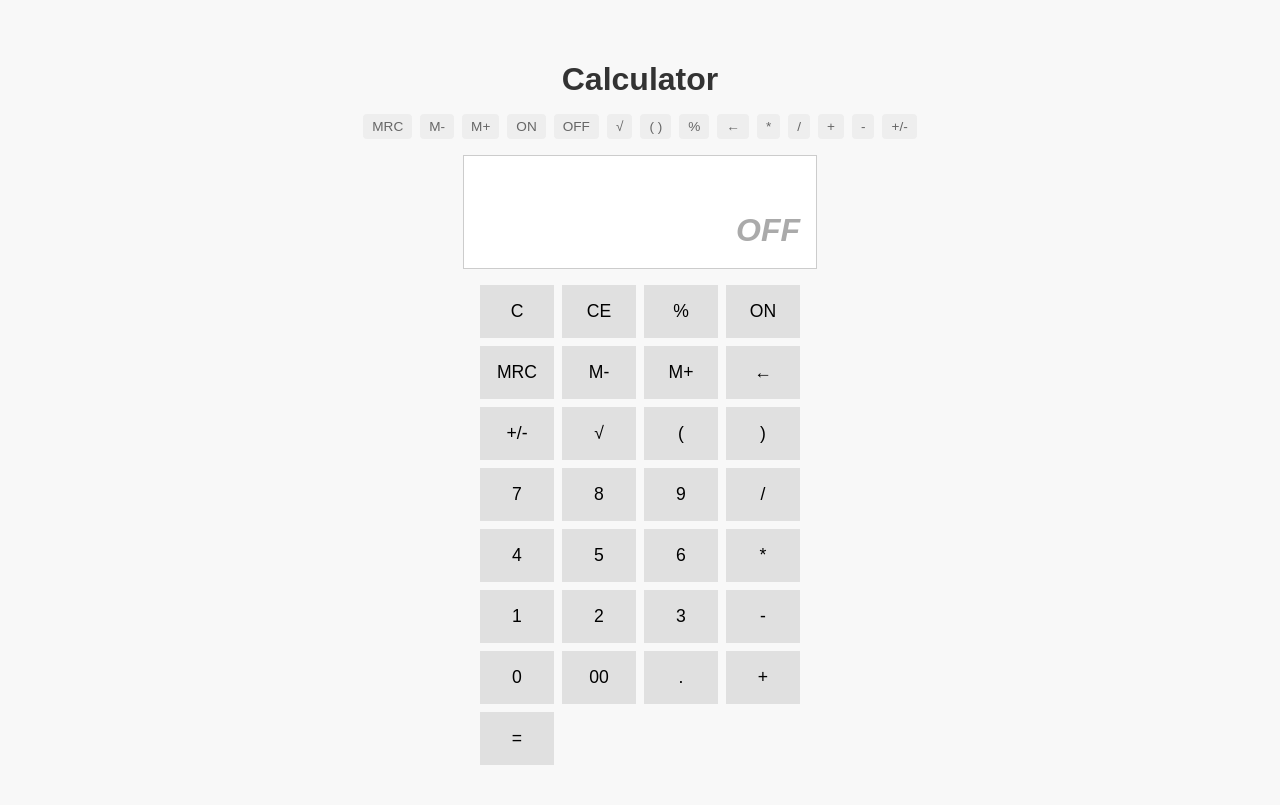
Repository: Denis793/CalculatorNew
Page: index.html
These files come from the project's save history. The page is drawn as it stood at one moment and after the next save; the edit follows.
The browser window is 1280 px wide. The pictures show the whole page.
The style sheet was rebuilt from its Sass, Less or Tailwind sources for each picture, by a compiler version that may differ from the author's.

Above is the page before, as saved 2025-05-17 16:44:18.

### index.html
<!DOCTYPE html>
<html lang="en">
  <head>
    <meta charset="UTF-8" />
    <meta name="viewport" content="width=device-width, initial-scale=1.0" />
    <title>Calculator</title>
    <link rel="stylesheet" href="./app/style/css/main.css" />
  </head>
  <body>
    <h1>Calculator</h1>

    <div class="indicators">
      <span class="indicator" data-key="MRC">MRC</span>
      <span class="indicator" data-key="M-">M-</span>
      <span class="indicator" data-key="M+">M+</span>
      <span class="indicator" data-key="ON">ON</span>
      <span class="indicator" data-key="OFF">OFF</span>
      <span class="indicator" data-key="√">√</span>
      <span class="indicator" data-key="()">( )</span>
      <span class="indicator" data-key="%">%</span>
      <span class="indicator" data-key="←">←</span>
      <span class="indicator" data-key="*">*</span>
      <span class="indicator" data-key="/">/</span>
      <span class="indicator" data-key="+">+</span>
      <span class="indicator" data-key="-">-</span>
      <span class="indicator" data-key="+/-">+/-</span>
    </div>

    <div class="display">
      <ul id="historyList"></ul>
      <div class="previous"></div>
      <div class="current"></div>
    </div>

    <div class="keypad">
      <button class="button ac">C</button>
      <button class="button">CE</button>
      <button class="button">%</button>
      <button class="button">ON</button>
      <button class="button">MRC</button>
      <button class="button">M-</button>
      <button class="button">M+</button>
      <button class="button">←</button>
      <button class="button">+/-</button>
      <button class="button">√</button>
      <button class="button">(</button>
      <button class="button">)</button>
      <button class="button">7</button>
      <button class="button">8</button>
      <button class="button">9</button>
      <button class="button">/</button>
      <button class="button">4</button>
      <button class="button">5</button>
      <button class="button">6</button>
      <button class="button">*</button>
      <button class="button">1</button>
      <button class="button">2</button>
      <button class="button">3</button>
      <button class="button">-</button>
      <button class="button">0</button>
      <button class="button">00</button>
      <button class="button">.</button>
      <button class="button">+</button>
      <button class="button">=</button>
    </div>

    <script type="module" src="./app/js/main.js"></script>
  </body>
</html>

### app/js/main.js
import { initializeCalculator } from './state.js';
import './power.js';
import './memory.js';
import './operations.js';
import './equals.js';
import './formatter.js';
import './history.js';
import './inputHandler.js';

initializeCalculator();

### app/js/state.js
import { powerOnCalculator, powerOffCalculator } from './power.js';
import { handleMemory } from './memory.js';
import { handleOperations } from './operations.js';
import { handleEquals } from './equals.js';
import { handleInput } from './inputHandler.js';

export const state = {
  expression: '',
  memory: 0,
  finish: false,
  lastOperator: '',
  lastOperand: '',
  history: [],
  MAX_LENGTH: 12,
  displayPrev: document.querySelector('.previous'),
  displayCurr: document.querySelector('.current'),
  buttons: document.querySelector('.keypad'),
  historyList: document.getElementById('historyList'),
  isPoweredOn: false,
  powerTimeout: null,
  lastFunction: '',
  parenthesesCount: 0,
};

export function clearAll() {
  state.expression = '';
  state.finish = false;
  state.lastOperator = '';
  state.lastOperand = '';
  state.lastFunction = '';
  state.parenthesesCount = 0;
  state.displayCurr.textContent = '0';
  state.displayPrev.textContent = '';
  state.historyList.innerHTML = '';
  state.history = [];
  document.querySelectorAll('.button').forEach((btn) => btn.classList.remove('active-operator'));
  document.querySelectorAll('.indicator').forEach((i) => i.classList.remove('active'));
}

export function initializeCalculator() {
  powerOffCalculator();

  document.querySelector('.ac').addEventListener('click', clearAll);

  state.buttons.addEventListener('click', (e) => {
    const btn = e.target;
    if (!btn.classList.contains('button')) return;

    const key = btn.textContent;

    if (key === 'ON') {
      if (!state.isPoweredOn) powerOnCalculator();
      else powerOffCalculator();
      return;
    }

    if (!state.isPoweredOn) return;

    const specialKeys = ['MRC', 'M-', 'M+', '+/-', '√'];
    if (specialKeys.includes(key)) {
      document.querySelectorAll('.indicator').forEach((i) => {
        const keep = i.dataset.key === '()' && state.parenthesesCount > 0;
        if (!keep) i.classList.remove('active');
      });
      const indicator = document.querySelector(`.indicator[data-key="${key}"]`);
      if (indicator) indicator.classList.add('active');
    }

    if (handleMemory(key)) return;
    if (handleOperations(key)) return;
    if (handleEquals(key)) return;
    if (handleInput(key)) return;
  });
}

### app/js/power.js
import { state } from './state.js';

export function powerOnCalculator() {
  state.isPoweredOn = true;
  state.displayCurr.textContent = '0';
  state.displayCurr.classList.remove('off');
  state.displayPrev.textContent = '';
  state.historyList.innerHTML = '';
  state.history = [];

  if (state.powerTimeout) clearTimeout(state.powerTimeout);
  state.powerTimeout = setTimeout(() => powerOffCalculator(), 15 * 60 * 1000);
}

export function powerOffCalculator() {
  state.isPoweredOn = false;
  state.expression = '';
  state.memory = 0;
  state.finish = false;
  state.lastOperator = '';
  state.lastOperand = '';
  state.displayCurr.textContent = 'OFF';
  state.displayCurr.classList.add('off');
  state.displayPrev.textContent = '';
  state.historyList.innerHTML = '';
  state.history = [];
}

### app/js/memory.js
import { state } from './state.js';
import { formatExpression } from './formatter.js';

export function handleMemory(key) {
  if (!state.memoryLog) state.memoryLog = [];

  if (key === 'MRC') {
    state.displayCurr.textContent = formatExpression(state.memory.toString());
    state.expression = state.memory.toString();
    state.finish = false;
    return true;
  }

  if (key === 'M+') {
    const value = parseFloat(state.displayCurr.textContent.replace(/\s/g, '')) || 0;
    state.memory += value;
    state.memoryLog.push(`+${value}`);
    if (state.memoryLog.length > 5) state.memoryLog.shift();
    return true;
  }

  if (key === 'M-') {
    const value = parseFloat(state.displayCurr.textContent.replace(/\s/g, '')) || 0;
    state.memory -= value;
    state.memoryLog.push(`-${value}`);
    if (state.memoryLog.length > 5) state.memoryLog.shift();
    return true;
  }

  return false;
}

### app/js/operations.js
import { state, clearAll } from './state.js';
import { formatExpression } from './formatter.js';

export function handleOperations(key) {
  if (key === '+/-') {
    if (state.displayCurr.textContent === '0') return true;
    if (state.finish) {
      state.expression = (-parseFloat(state.displayCurr.textContent.replace(/\s/g, ''))).toString();
      state.finish = false;
    } else {
      const match = state.expression.match(/(-?\d+\.?\d*)$/);
      if (match) {
        const num = match[0];
        const inverted = (-parseFloat(num)).toString();
        state.expression = state.expression.slice(0, -num.length) + inverted;
      } else {
        state.expression = '-' + state.expression;
      }
    }
    state.displayCurr.textContent = formatExpression(state.expression);
    return true;
  }

  if (key === '←') {
    if (state.finish) return true;
    state.expression = state.expression.slice(0, -1);
    state.displayCurr.textContent = formatExpression(state.expression) || '0';
    return true;
  }

  if (key === '%') {
    state.expression += '/100';
    state.displayCurr.textContent = formatExpression(state.expression);
    return true;
  }

  if (key === '√') {
    if (state.expression === '') return true;
    const original = state.expression;
    const result = Math.sqrt(eval(original));
    const visible = `√${original}`;
    state.expression = result.toString();
    state.displayCurr.textContent = formatExpression(state.expression);
    state.displayPrev.textContent = visible;
    state.lastFunction = 'sqrt';
    state.lastOperator = '';
    state.lastOperand = '';
    state.finish = true;
    const indicator = document.querySelector(`.indicator[data-key="√"]`);
    if (indicator) indicator.classList.add('active');
    return true;
  }

  if (key === '(') {
    if (state.finish) {
      state.expression = '';
      state.finish = false;
    }
    state.expression += key;
    state.displayCurr.textContent = formatExpression(state.expression);
    state.parenthesesCount++;
    const indicator = document.querySelector(`.indicator[data-key="()"]`);
    if (indicator) indicator.classList.add('active');
    return true;
  }

  if (key === ')') {
    if (state.finish) {
      state.expression = '';
      state.finish = false;
    }
    state.expression += key;
    state.displayCurr.textContent = formatExpression(state.expression);
    if (state.parenthesesCount > 0) {
      state.parenthesesCount--;
      if (state.parenthesesCount === 0) {
        const indicator = document.querySelector(`.indicator[data-key="()"]`);
        if (indicator) indicator.classList.remove('active');
      }
    }
    return true;
  }

  if (key === 'CE') {
    const match = state.expression.match(/.*?(?:[+\-*/(]|^)([\d.]+)$/);
    if (match) {
      state.expression = state.expression.slice(0, -match[1].length);
    } else {
      state.expression = '';
    }
    state.lastFunction = '';
    state.displayCurr.textContent = formatExpression(state.expression) || '0';
    document.querySelectorAll('.indicator').forEach((i) => i.classList.remove('active'));
    return true;
  }

  if (key === 'C') {
    clearAll();
    return true;
  }

  return false;
}

### app/js/equals.js
import { state } from './state.js';
import { formatExpression } from './formatter.js';
import { addToHistory } from './history.js';

export function handleEquals(key) {
  if (key !== '=') return false;

  try {
    if (!state.finish) {
      const result = eval(state.expression);
      const match = state.expression.match(/(.+)([+\-*/])\s*(-?\d+\.?\d*)$/);

      if (match) {
        state.lastOperator = match[2];
        state.lastOperand = match[3];
      } else {
        state.lastOperator = '';
        state.lastOperand = '';
      }

      const visible = state.displayPrev.textContent || state.expression;

      state.displayCurr.textContent = formatExpression(result.toString());
      state.expression = result.toString();
      state.finish = true;
      state.displayPrev.textContent = '';

      const containsOperator = /[+\-*/()]|Math\.sqrt|%/.test(visible);
      const isSame = visible.replace(/\s/g, '') === result.toString();

      if (containsOperator && !isSame) {
        addToHistory(`${visible} = ${result}`);
      }
    } else if (state.lastFunction === 'sqrt' && state.finish) {
      const value = parseFloat(state.expression);
      const result = Math.sqrt(value);
      const visible = `√${value}`;

      state.displayCurr.textContent = formatExpression(result.toString());
      state.expression = result.toString();
      state.displayPrev.textContent = visible;
      addToHistory(`${visible} = ${result}`);
      return true;
    } else if (state.lastOperator && state.lastOperand) {
      state.expression = `${state.expression}${state.lastOperator}${state.lastOperand}`;
      const result = eval(state.expression);
      state.displayCurr.textContent = formatExpression(result.toString());
      state.expression = result.toString();
      addToHistory(`${state.expression} = ${result}`);
    }
  } catch {
    state.displayCurr.textContent = 'Error';
    state.expression = '';
  }

  return true;
}

### app/js/formatter.js
export function formatExpression(expression) {
  return expression.replace(/\d+/g, (match) => {
    return Number(match).toLocaleString('en-US').replace(/,/g, ' ');
  });
}

### app/js/history.js
import { state } from './state.js';

export function addToHistory(item) {
  state.history.push(item);
  if (state.history.length > 3) state.history.shift();

  state.historyList.innerHTML = '';
  state.history.forEach((entry) => {
    const li = document.createElement('li');
    li.textContent = entry;
    state.historyList.appendChild(li);
  });
}

### app/js/inputHandler.js
import { state } from './state.js';
import { formatExpression } from './formatter.js';

export function handleInput(key) {
  const allowed = ['0', '1', '2', '3', '4', '5', '6', '7', '8', '9', '.', '+', '-', '*', '/', '00'];
  if (!allowed.includes(key)) return false;

  if (state.finish) {
    if (!isNaN(key) || key === '(') state.expression = '';
    state.finish = false;
  }

  const digitsOnly = state.expression.replace(/\D/g, '');
  if (digitsOnly.length >= state.MAX_LENGTH) return true;

  if (state.displayCurr.textContent === '0' && !isNaN(key)) {
    state.expression = key;
  } else {
    state.expression += key;
  }

  state.displayCurr.textContent = formatExpression(state.expression);
  return true;
}

### app/style/scss/main.scss
body {
  font-family: Arial, sans-serif;
  display: flex;
  flex-direction: column;
  align-items: center;
  padding: 2rem;
  background-color: #f8f8f8;
  color: #333;
}

h1 {
  margin-bottom: 1rem;
}

.display {
  display: flex;
  flex-direction: column;
  align-items: flex-end;
  width: 100%;
  max-width: 320px;
  background: #fff;
  padding: 1rem;
  border: 1px solid #ccc;
  margin-bottom: 1rem;
}

.previous {
  font-size: 0.9rem;
  color: #888;
  height: 1.2rem;
}

.current {
  font-size: 2rem;
  font-weight: bold;
  min-height: 2.5rem;
  color: #000;
}

.current.off {
  color: #aaa;
  font-style: italic;
}

#historyList {
  margin-top: 0.5rem;
  font-size: 0.8rem;
  list-style: none;
  padding: 0;
  color: #666;
}

.keypad {
  display: grid;
  grid-template-columns: repeat(4, 1fr);
  gap: 0.5rem;
  max-width: 320px;
  width: 100%;
}

.button {
  padding: 1rem;
  background: #e0e0e0;
  border: none;
  font-size: 1.1rem;
  cursor: pointer;
  transition: background 0.2s ease;
}

.button:hover {
  background: #d0d0d0;
}

.button.active-operator {
  background: #ffd700;
  color: #000;
}

.indicators {
  display: flex;
  flex-wrap: wrap;
  gap: 8px;
  justify-content: center;
  margin-bottom: 1rem;
}

.indicator {
  padding: 4px 8px;
  border-radius: 4px;
  background: #eee;
  border: 1px solid transparent;
  font-size: 0.85rem;
  color: #666;
}

.indicator.active {
  background-color: #2d8cf0;
  color: white;
  border-color: #2d8cf0;
}

### app/style/scss/_reset.scss
* {
  margin: 0;
  padding: 0;
  box-sizing: border-box;
}

body {
  font-family: 'Roboto', sans-serif;
  font-size: 10px;
}

After the next save:
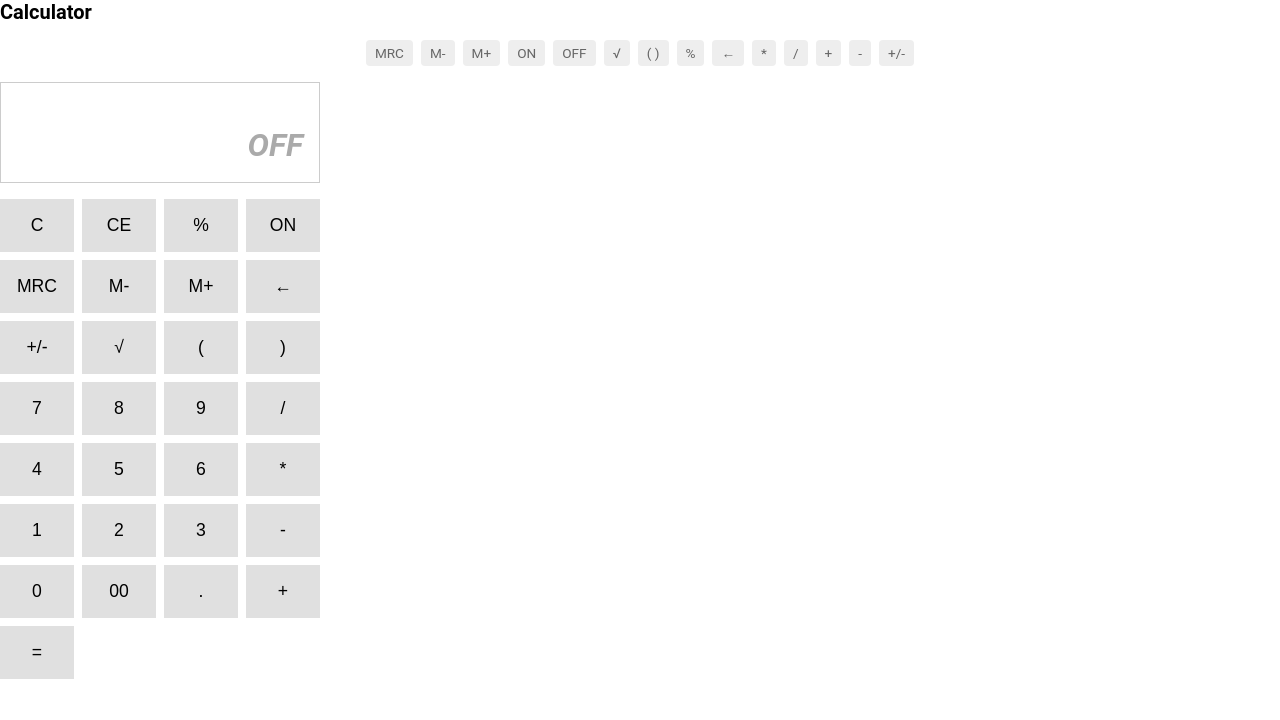
Saved 54 s later.
--- a/app/style/scss/main.scss
+++ b/app/style/scss/main.scss
@@ -1,12 +1,4 @@
-body {
-  font-family: Arial, sans-serif;
-  display: flex;
-  flex-direction: column;
-  align-items: center;
-  padding: 2rem;
-  background-color: #f8f8f8;
-  color: #333;
-}
+@use 'reset' as *;
 
 h1 {
   margin-bottom: 1rem;
